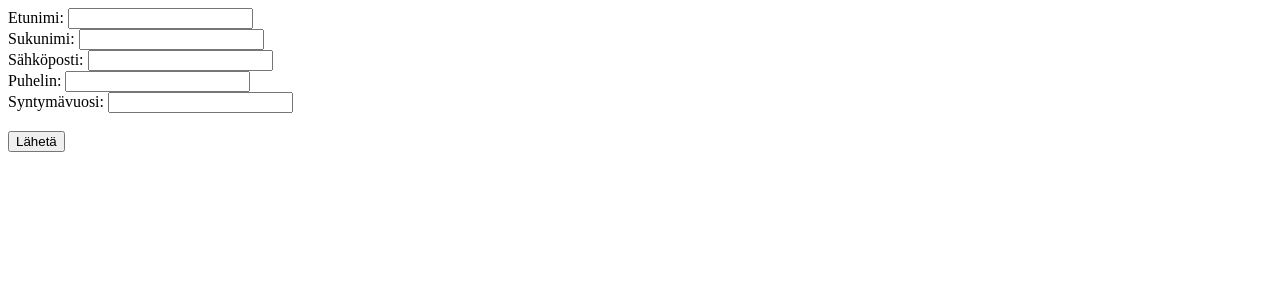
Repository: Zonkku/Valmistautuminen
Page: http://localhost/Kommunikaatio/Kysy.jsp
These files come from the project's save history. The page is drawn as it stood at one moment and after the next save; the edit follows.
The browser window is 1280 px wide. The pictures show the whole page.
The page is served by Tomcat 9.

Above is the page before, as saved 2020-04-19 07:46:35.

### Kommunikaatio/WebContent/Kysy.jsp
<%@ page language="java" contentType="text/html; charset=ISO-8859-1"
    pageEncoding="ISO-8859-1"%>
<!DOCTYPE html>
<html>
<head>
<meta charset="ISO-8859-1">

<title>Insert title here</title>
</head>
<body>


<form action="nayta.jsp" method="POST">
	Etunimi: <input type="text" name="etunimi"><br>
	Sukunimi: <input type="text" name="sukunimi"><br>
	Sähköposti: <input type="text" name="sposti"><br>
	Puhelin: <input type="text" name="puhelin"><br>
	Syntymävuosi: <input type="text" name="svuosi"><br><br>
	<input type="submit" value="Lähetä">
</form>


</body>
</html>

After the next save:
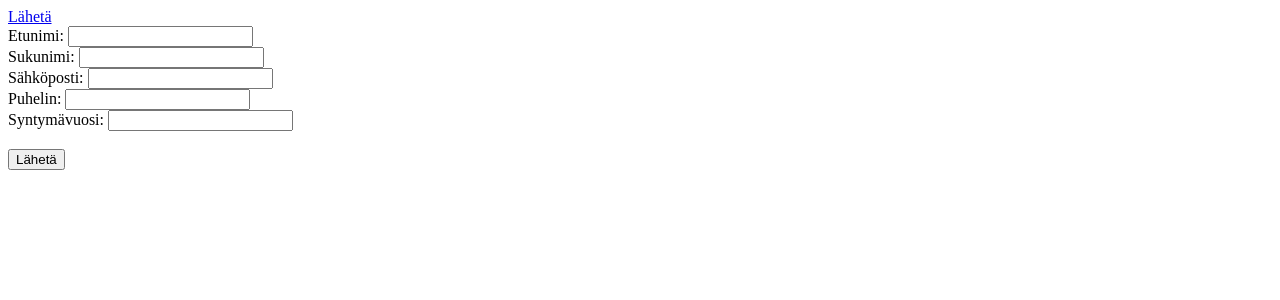
Saved 3 min 20 s later.
--- a/Kommunikaatio/WebContent/Kysy.jsp
+++ b/Kommunikaatio/WebContent/Kysy.jsp
@@ -5,10 +5,11 @@
 <head>
 <meta charset="ISO-8859-1">
 
-<title>Insert title here</title>
+<title>Kysytään henkilötiedot</title>
 </head>
 <body>
 
+<a href="nayta.jsp?etunimi=Sonja&sukunimi=Karki">Lähetä</a>
 
 <form action="nayta.jsp" method="POST">
 	Etunimi: <input type="text" name="etunimi"><br>
